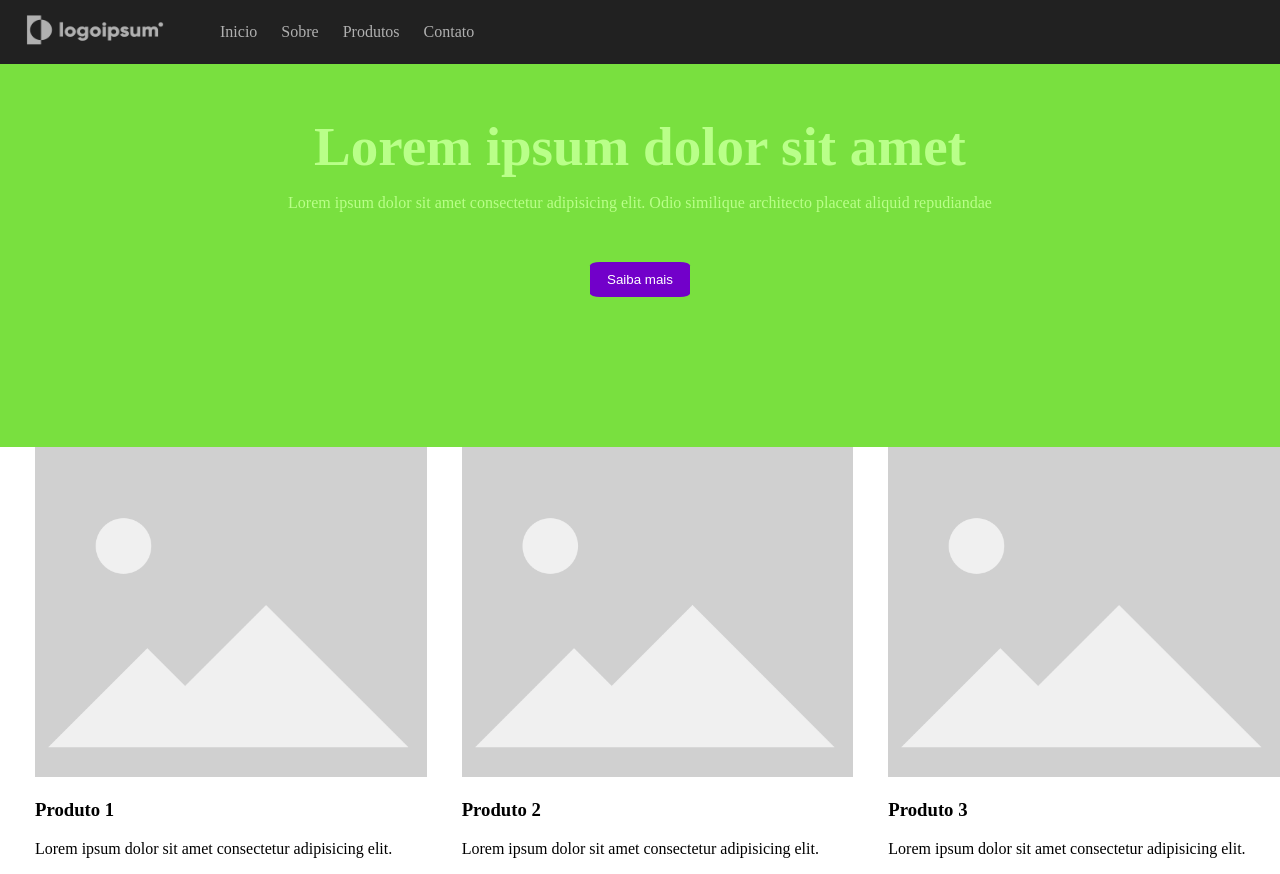
Repository: Carolden/SiteCrie_Ti
Page: index.html
An editor plug-in stored every save of this project. The page is shown before and after the next save, followed by the edit.
The browser window is 1280 px wide. The pictures show the whole page.

Above is the page before, as saved 2023-04-23 21:05:19.

### index.html
<!DOCTYPE html>
<html lang="pt-BR">
<head>
    <meta charset="UTF-8">
    <meta http-equiv="X-UA-Compatible" content="IE=edge">
    <meta name="viewport" content="width=device-width, initial-scale=1.0">
    <title>Document</title>
    <link rel="stylesheet" type="text/css" href="index.css" media="screen" />
</head>
<body>

    <header>
        <div>
            <img src="images/logo.png" alt="logo" class="logo">
        </div>
        <nav>
            <a href="inicio">Inicio</a>
            <a href="sobre">Sobre</a>
            <a href="produtos">Produtos</a>
            <a href="contato">Contato</a>
        </nav>
    </header>

    <main>

    <section class="banner">
        <h1>Lorem ipsum dolor sit amet</h1>
        <p>Lorem ipsum dolor sit amet consectetur adipisicing elit. Odio similique architecto placeat aliquid repudiandae</p>
        <button>Saiba mais</button>
    </section>

    <section class="produtos">
        <div class="row">
            <div class="column">
                <img src="images/placeholder.png" alt="imagem1">
                <h3>Produto 1</h3>
                <p>Lorem ipsum dolor sit amet consectetur adipisicing elit.</p>
            </div>

            <div class="column">
                <img src="images/placeholder.png" alt="imagem2">
                <h3>Produto 2</h3>
                <p>Lorem ipsum dolor sit amet consectetur adipisicing elit.</p>
            </div>

            <div class="column">
                <img src="images/placeholder.png" alt="imagem3">
                <h3>Produto 3</h3>
                <p>Lorem ipsum dolor sit amet consectetur adipisicing elit.</p>
            </div>
        </div>
    </section>


    </main>





</body>
</html>

### index.css
body {
    border: 0;
    margin: 0;
    padding: 0;
}


header {
    background-color: #212121;
    display: flex;
    align-items: center;
    width: 100%;
    top: 0;
    padding-left: 20px;
    padding-right: 20px;
    box-sizing: border-box;
}

header nav a {
    color: #B0B0B0;
    text-decoration: none;
    padding: 10px;

}

.logo {
    width: 150px;
    height: 60px;
    padding-right: 40px;
}

.banner {
    background-color: rgb(121, 224, 63);
    color: rgb(185, 255, 137);
    text-align: center;
    padding-top: 5px;
    padding-bottom: 150px;

}

button {
    background-color: rgb(114, 0, 202);
    color: #ffffff;
    text-align: center;
    padding: 10px;
    padding-left: 17px;
    padding-right: 17px;
    border-radius: 10%;
    border-style: hidden    ;
}

.banner h1 {
    font-size: 55px;
    margin-bottom: -30px;
}

.banner p {
    padding-bottom: 50px;
    padding-top: 30px;
    margin-bottom: 0px;
}

.produtos {
    display: flex;

}


.row {
    display: flex;
}


.column {
    width: 33%;
    margin-left: 35px;
}


.column img {
    width: 100%;
    height: 330px;
    object-fit: cover;
}

After the next save:
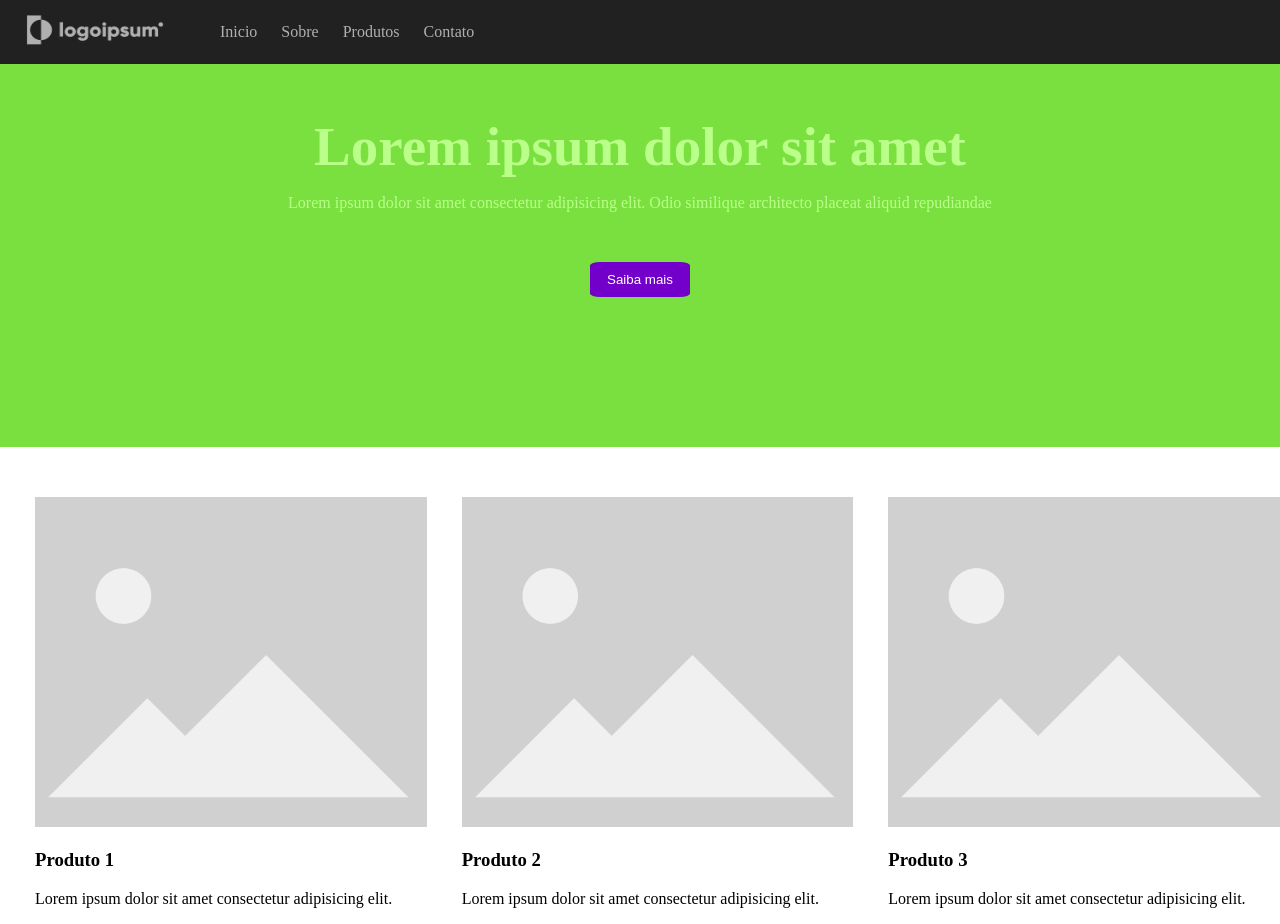
Saved 16 s later.
--- a/index.css
+++ b/index.css
@@ -74,6 +74,7 @@ button {
 .column {
     width: 33%;
     margin-left: 35px;
+    margin-top: 50px;
 }
 
 
